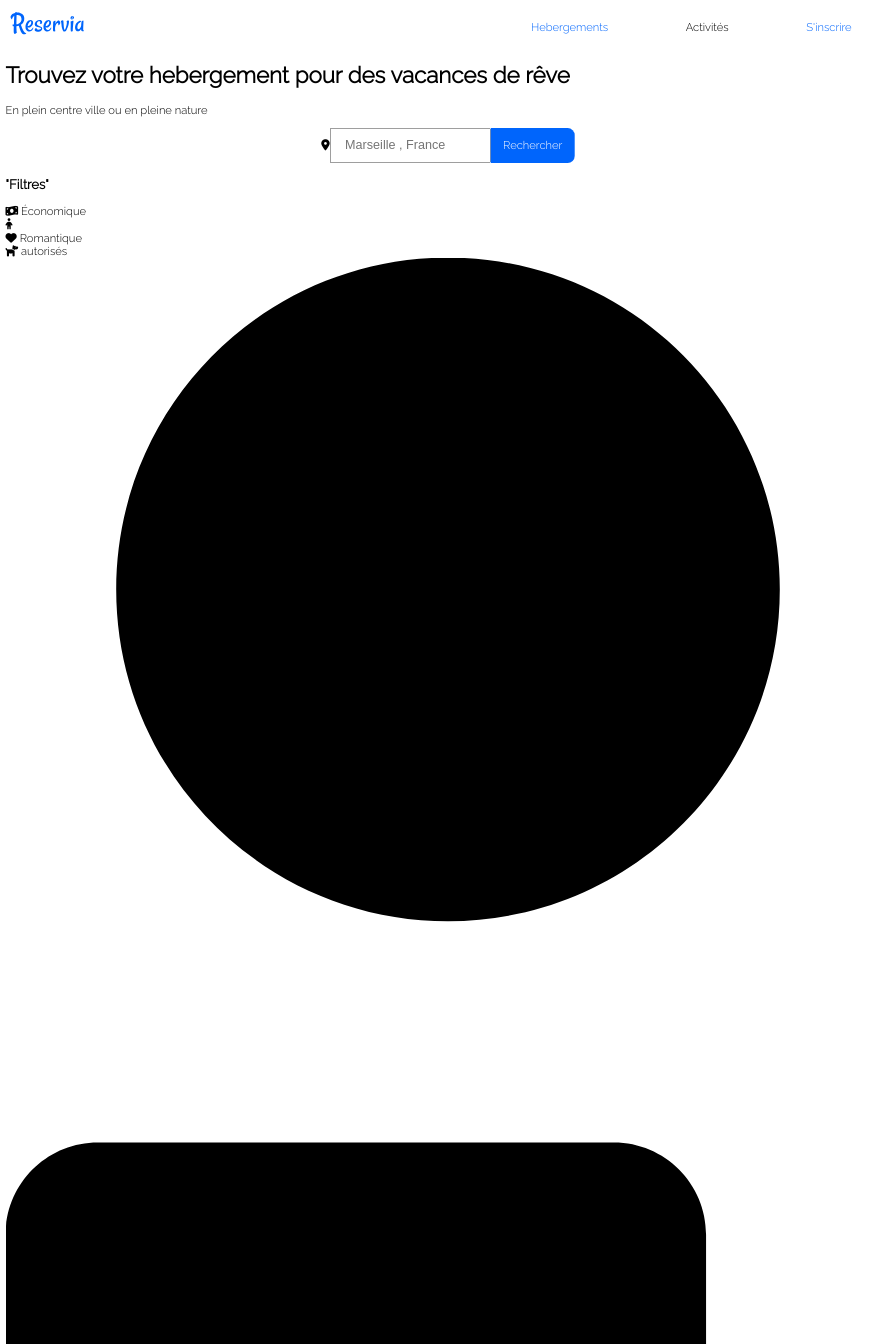
Repository: jaydeeonghub/DYLANBARBARISI_2_16062021
Page: index.html
These files come from the project's save history. The page is drawn as it stood at one moment and after the next save; the edit follows.
The browser window is 1280 px wide. The pictures show the part of the page from y = 0 to 1920 px (the page is 61253 px tall before and 61310 px after), at 70% of full size.
Some web libraries are served in a nearby version.

Above is the page before, as saved 2021-07-06 17:44:00.

### index.html
<!DOCTYPE html>
<html lang="fr">
<head>
    <link href="//netdna.bootstrapcdn.com/font-awesome/3.2.1/css/font-awesome.css" rel="stylesheet">
    <link rel="preconnect" href="https://fonts.gstatic.com">
    <link href="https://fonts.googleapis.com/css2?family=Raleway:wght@300&display=swap" rel="stylesheet">
    <link rel="stylesheet" href="Assets\Style\Styles.css">
        <meta charset="UTF-8">
        <meta http-equiv="X-UA-Compatible" content="IE=edge">
        <meta name="viewport" content="width=device-width, initial-scale=1.0">
    <title>Reservia</title>
</head>
<body>
    <header>
    <div class="Barre_de_navigation"> <!--Barre de navigation-->
        <img
             class="marglogo"
             src="Assets/Logo/Reservia@3x.png"
             alt="Logo Reservia Responsive"
             srcset="Assets/Logo/Reservia.svg"
             width="120px"
             height="50px"
        />
<nav class="LiensNav flexAround">
        <div><a class="colorBleu decorationNone" href="#Hebergements">Hebergements</a></div>
        <div><a class="LiensColor2 decorationNone" href="#Activités">Activités</a></div>
        <div><a class="colorBleu decorationNone" href="#S'inscrire">S'inscrire</a></div>
    </nav>
    </header>
<main>
    <h1>Trouvez votre hebergement pour des vacances de rêve</h1> <!--Titre d'accroche de la landing page-->
    <p>En plein centre ville ou en pleine nature</p>

      <div class="flexCentre">
        <div><i class="fas fa-map-marker-alt"></i></div>
        <div><input class="recherche flexCentre bordureNone paddingSearch" type="search" placeholder="Marseille , France" /></div>
        <Rechercher class="backBleu flexCentre buttonSearch">Rechercher</div>
          </div>

          <div><h3>"Filtres"</h3></div>
          <div><i class="fas fa-money-bill-wave"></i> Économique</div>
          <div><i class="fas fa-child"></i></div>
          <div><i class="fas fa-heart"></i> Romantique</div>
          <div><i class="fas fa-dog"></i> autorisés</div>
          </div>

    <img src="Assets/Icons/info-solid.svg"> <p>Plus de 500 Logements sont disponibles dans cette ville</p> <!--Nombre approximatif de logements disponibles aux alentours-->




        <section>
            <aside>
                <h2>Hébergements à Marseille</h2>
        <div>
            <img src="Assets/Images/4_small/florian-wehde-xW9e8gdotxI-unsplash.jpg"
                      />
                <span>
                    Auberge de la Cannebière
                </span>
                <span>
                    Nuit à partir de 25 Euros
                </span>
                <div>
                    <i><img src="Assets/Icons/star-solid.svg"</i>
                    <i><img src="Assets/Icons/star-solid.svg"</i>
                    <i><img src="Assets/Icons/star-solid.svg"</i>
                    <i><img src="Assets/Icons/star-solid.svg"</i>
                    <i><img src="Assets/Icons/star-solid.svg"</i>
                </div>
        <div>
            <img src="Assets/Images/4_small/kevin-hikari-rV_Qd1l-VXg-unsplash.jpg"
                    />
                <span>
                    Hôtel du port
                </span>
                <span>
                    Nuit à partir de 52 Euros
                </span>
                    <div>
                        <i><img src="Assets/Icons/star-solid.svg"</i>
                        <i><img src="Assets/Icons/star-solid.svg"</i>
                        <i><img src="Assets/Icons/star-solid.svg"</i>
                        <i><img src="Assets/Icons/star-solid.svg"</i>
                        <i><img src="Assets/Icons/star-solid.svg"</i>
                    </div>

                    <div>
                    <img src="Assets/Images/4_small/kilyan-sockalingum-NR8-cBCN3aI-unsplash.jpg"
                    />

                    <span>
                        Hôtel Les mouettes
                    </span>

                    <span>
                        Nuit à partir de 76 Euros
                        </span>

                        <div>
                            <i><img src="Assets/Icons/star-solid.svg"</i>
                            <i><img src="Assets/Icons/star-solid.svg"</i>
                            <i><img src="Assets/Icons/star-solid.svg"</i>
                            <i><img src="Assets/Icons/star-solid.svg"</i>
                            <i><img src="Assets/Icons/star-solid.svg"</i>
                        </div>
                    </div>
                        <div>
                            <img src="Assets/Images/4_small/lena-paulin-wH2-EJoDcV0-unsplash.jpg"
                            />
                            <span>
                                Hôtel de la mer
                            </span>
                            <span>
                                Nuit à partir de 46 Euros
                            </span>
                            <div>
                                <i><img src="Assets/Icons/star-solid.svg"</i>
                                <i><img src="Assets/Icons/star-solid.svg"</i>
                                <i><img src="Assets/Icons/star-solid.svg"</i>
                                <i><img src="Assets/Icons/star-solid.svg"</i>
                                <i><img src="Assets/Icons/star-solid.svg"</i>
                            </div>
                            <div>
                                <img src="Assets/Images/4_small/paul-hermann-QFTrLdQIRhI-unsplash.jpg"
                                />
                                <span>
                                    Auberge Le Panier
                                </span>
                                <span>
                                    Nuit à partir de 23 Euros
                                </span>
                                <div>
                                    <i><img src="Assets/Icons/star-solid.svg"</i>
                                    <i><img src="Assets/Icons/star-solid.svg"</i>
                                    <i><img src="Assets/Icons/star-solid.svg"</i>
                                    <i><img src="Assets/Icons/star-solid.svg"</i>
                                    <i><img src="Assets/Icons/star-solid.svg"</i>
                                </div>
                                <div>
                                    <img src="Assets/Images/4_small/reno-laithienne-QUgJhdY5Fyk-unsplash.jpg"
                                    />
                                    <span>
                                        Hôtel Chez Amina
                                    </span>
                                    <span>
                                        Nuit à partir de 96 Euros
                                    </span>
                                    <div>
                                        <i><img src="Assets/Icons/star-solid.svg"</i>
                                        <i><img src="Assets/Icons/star-solid.svg"</i>
                                        <i><img src="Assets/Icons/star-solid.svg"</i>
                                        <i><img src="Assets/Icons/star-solid.svg"</i>
                                        <i><img src="Assets/Icons/star-solid.svg"</i>
                                    </div>

            </aside><!--Hebergements à Marseille-->
            <aside>
                <h2>Les plus populaires</h2>
                <img src="#icônegraphiqueenfleche"
        <div>
            <img src="Assets/Images/4_small/florian-wehde-xW9e8gdotxI-unsplash.jpg"
                      />
                <span>
                    Hôtel le soleil du matin
                </span>
                <span>
                    Nuit à partir de 128 Euros
                </span>
                <div>
                    <i><img src="Assets/Icons/star-solid.svg"</i>
                    <i><img src="Assets/Icons/star-solid.svg"</i>
                    <i><img src="Assets/Icons/star-solid.svg"</i>
                    <i><img src="Assets/Icons/star-solid.svg"</i>
                    <i><img src="Assets/Icons/star-solid.svg"</i>
                </div>
        <div>
            <img src="Assets/Images/4_small/kevin-hikari-rV_Qd1l-VXg-unsplash.jpg"
                    />
                <span>
                    Au coeur de l'eau Chambre d'hôtes
                </span>
                <span>
                    Nuit à partir de 71 Euros
                </span>
                    <div>
                        <i><img src="Assets/Icons/star-solid.svg"</i>
                        <i><img src="Assets/Icons/star-solid.svg"</i>
                        <i><img src="Assets/Icons/star-solid.svg"</i>
                        <i><img src="Assets/Icons/star-solid.svg"</i>
                        <i><img src="Assets/Icons/star-solid.svg"</i>
                    </div>

                    <div>
                    <img src="Assets/Images/4_small/kilyan-sockalingum-NR8-cBCN3aI-unsplash.jpg"
                    />

                    <span>
                        Hôtel tout bleu et blanc
                    </span>

                    <span>
                        Nuit à partir de 68 Euros
                        </span>

                        <div>
                            <i><img src="Assets/Icons/star-solid.svg"</i>
                            <i><img src="Assets/Icons/star-solid.svg"</i>
                            <i><img src="Assets/Icons/star-solid.svg"</i>
                            <i><img src="Assets/Icons/star-solid.svg"</i>
                            <i><img src="Assets/Icons/star-solid.svg"</i>
                        </div>
                    </div>

            </aside><!-- Les plus populaires-->
    </section>
        <section>
            <h2>Activités à Marseille</h2>
        <div>
            <div>
                <img src="Assets/Images/4_small/kilyan-sockalingum-NR8-cBCN3aI-unsplash.jpg"
                />

                <span>
                    Vieux Port
                </span>
            </div>
            <div>
                <img src="Assets/Images/4_small/kilyan-sockalingum-NR8-cBCN3aI-unsplash.jpg"
                />

                <span>
                    Fort de Pomègues
                </span>
            </div>
            <div>
                <img src="Assets/Images/4_small/kilyan-sockalingum-NR8-cBCN3aI-unsplash.jpg"
                />

                <span>
                    Îles du Frioul
                </span>
            </div>
            <div>
                <img src="Assets/Images/4_small/kilyan-sockalingum-NR8-cBCN3aI-unsplash.jpg"
                />

                <span>
                    Parc National des Calanques
                </span>
            </div>
            <div>
                <img src="Assets/Images/4_small/kilyan-sockalingum-NR8-cBCN3aI-unsplash.jpg"
                />

                <span>
                    Notre-Dame-de-la-Garde
                </span>
            </div>
            <div>
                <img src="Assets/Images/4_small/kilyan-sockalingum-NR8-cBCN3aI-unsplash.jpg"
                />

                <span>
                    Parc Longchamp
                </span>
            </div>
        </div>
        </section><!-- Activités à Marseille-->


    </main>
    <footer>
        <h5>À propos</h5>
            <a href="#Fonctionnementdusite">Fonctionnement du site</a>
            <a href="#CGV">Conditions générales de vente</a>
            <a href="Confidentialité">Données et confidentialité</a>

        <h5>Nos hébergements</h5>
            <a href="#chartequalité">Charte qualité</a>
            <a href="#Soumettrehôtel">Soumettre votre hôtel</a>


        <h5>Assistance</h5>
            <a href="#Centre d'aide">Centre d'aide</a>
            <a href="#Contact">Nous contacter</a>
    </footer>


</body>
</html>

### Assets/Style/Styles.css
*
body {font-family: 'Raleway', sans-serif;}

h1 {font-family: 'Raleway', sans-serif;}

li {display: inline;}

a {text-decoration: none;}

.flexCentre {

    display: flex;
    justify-content: center;
    align-items: center;
}

.flexAround {

    display: flex;
    justify-content: space-around;
    align-items: center;
}
/* NAV */
.Barre_de_navigation {
    display: flex;
    justify-content: space-between;
    align-items: center;
    font-family: Raleway;
}

.LiensNav {
    width: 45%;
}
.LiensNav2 {
    width: 140px;
    height: 99px;
}
.texteGras {

    font-weight: bold;
}



.LiensColor2 {
    color: black;
}
.marglogo {
    margin-bottom: 10px;
}

/* Colors */
.colorBleu {
    color: #0065fc;
}
.colorBleuClair {
    color: #deebff
}
.colorGris {
    color: #f2f2f2
}
.backBleu {
    background-color: #0065fc;
}
.backBleuClair {
    background-color: #deebff
}
.backGris {
    background-color: #f2f2f2
}

/* HEADER*/
.bordureSearch {
    width: 400px;
    border-radius: 10px;
    border: 0.5px solid ;
}
.paddingSearch {
    padding-left: 20px;
}
.recherche {
    height: 50px;
    width: 230px;
    font-size: 18px;
    color: black
    font-weight: bold
}
.iconSize {
    height: 50px;
    width: 50px;
    border-radius: 10px 0 0 10px;
}
.buttonSearch {
    height: 50px;
    width: 120px;
    color: white;
    cursor: pointer;
    border-radius: 0 10px 10px 0;
}

After the next save:
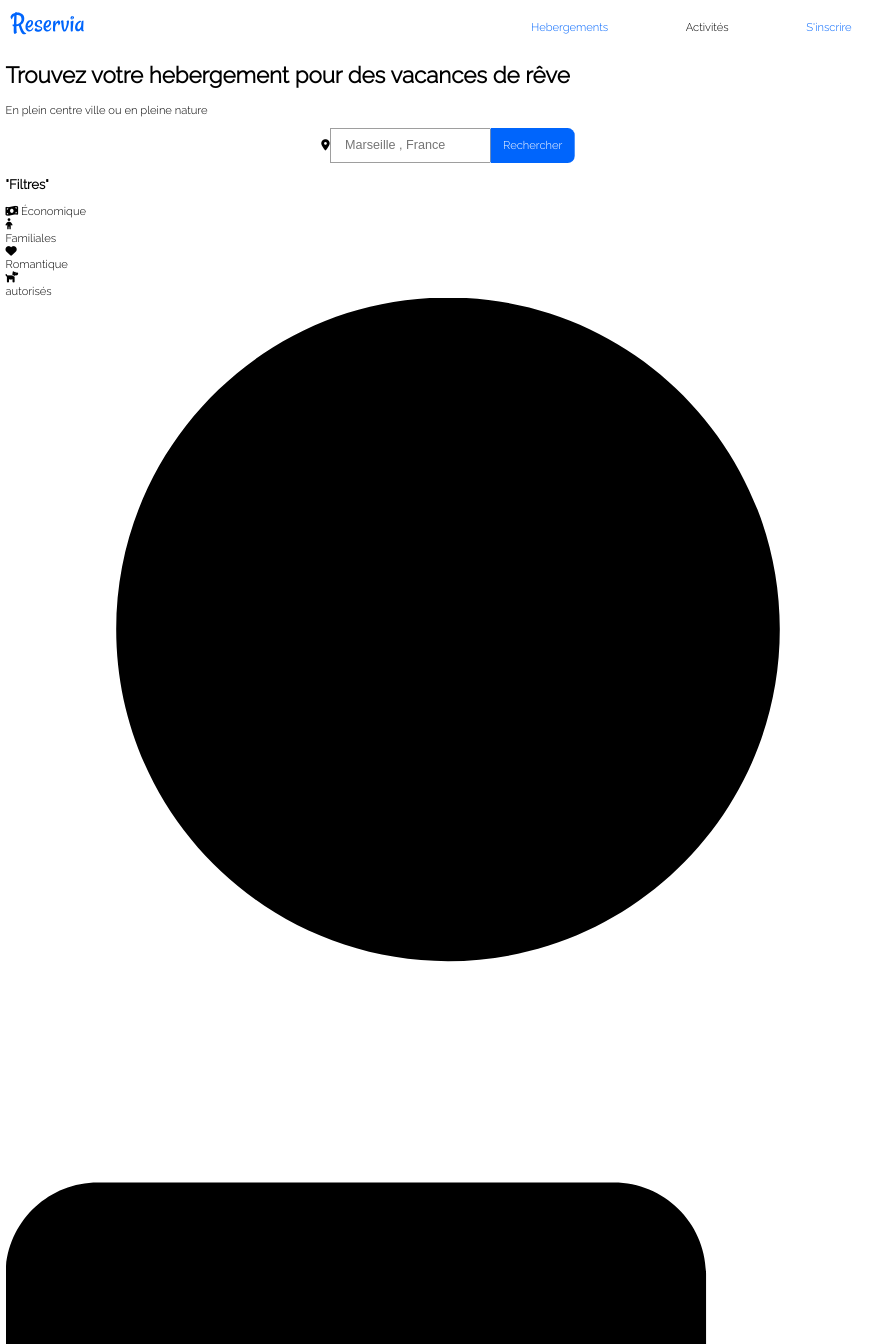
Saved 3 min 20 s later.
--- a/index.html
+++ b/index.html
@@ -39,9 +39,9 @@
 
           <div><h3>"Filtres"</h3></div>
           <div><i class="fas fa-money-bill-wave"></i> Économique</div>
-          <div><i class="fas fa-child"></i></div>
-          <div><i class="fas fa-heart"></i> Romantique</div>
-          <div><i class="fas fa-dog"></i> autorisés</div>
+          <div><i class="fas fa-child"></i><div>Familiales</div></div>
+          <div><i class="fas fa-heart"></i><div>Romantique</div></div>
+          <div><i class="fas fa-dog"></i><div>autorisés</div></div>
           </div>
 
     <img src="Assets/Icons/info-solid.svg"> <p>Plus de 500 Logements sont disponibles dans cette ville</p> <!--Nombre approximatif de logements disponibles aux alentours-->
